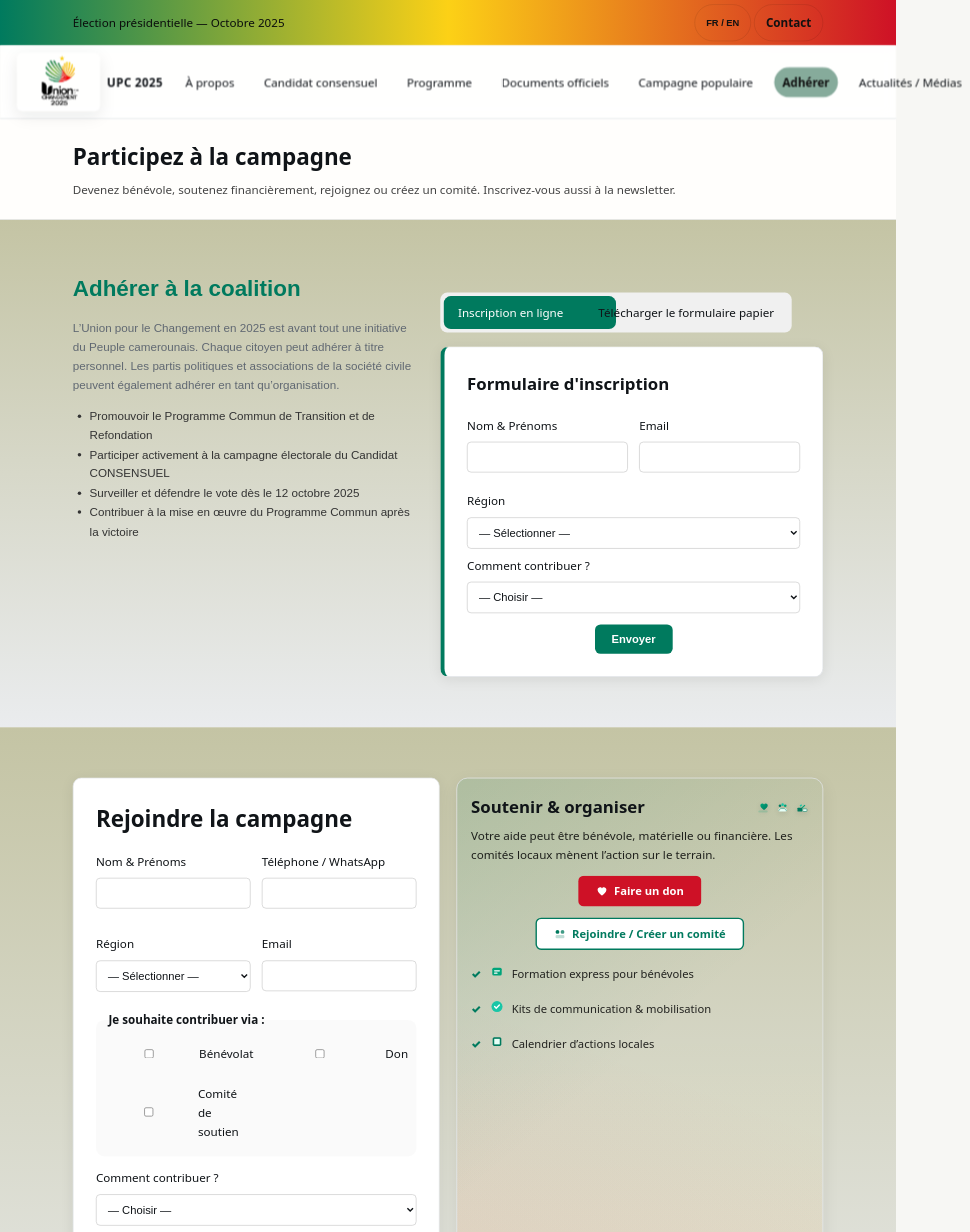
Repository: Kishny/upc2025
Page: adherer.html
The author's editor kept a copy of each file at every save. The page is drawn from the files as they stood at one save, then again after the next save.
The browser window is 1280 px wide. The page is 1386 px wide, so the pictures cover 1386 px, including what lies to the right of the window. The pictures show the part of the page from y = 0 to 1760 px (the page is 3215 px tall), at 70% of full size.

Above is the page before, as saved 2025-09-14 13:22:12.
Console error: TypeError: Cannot set properties of undefined (setting 'ready')

After the next save:
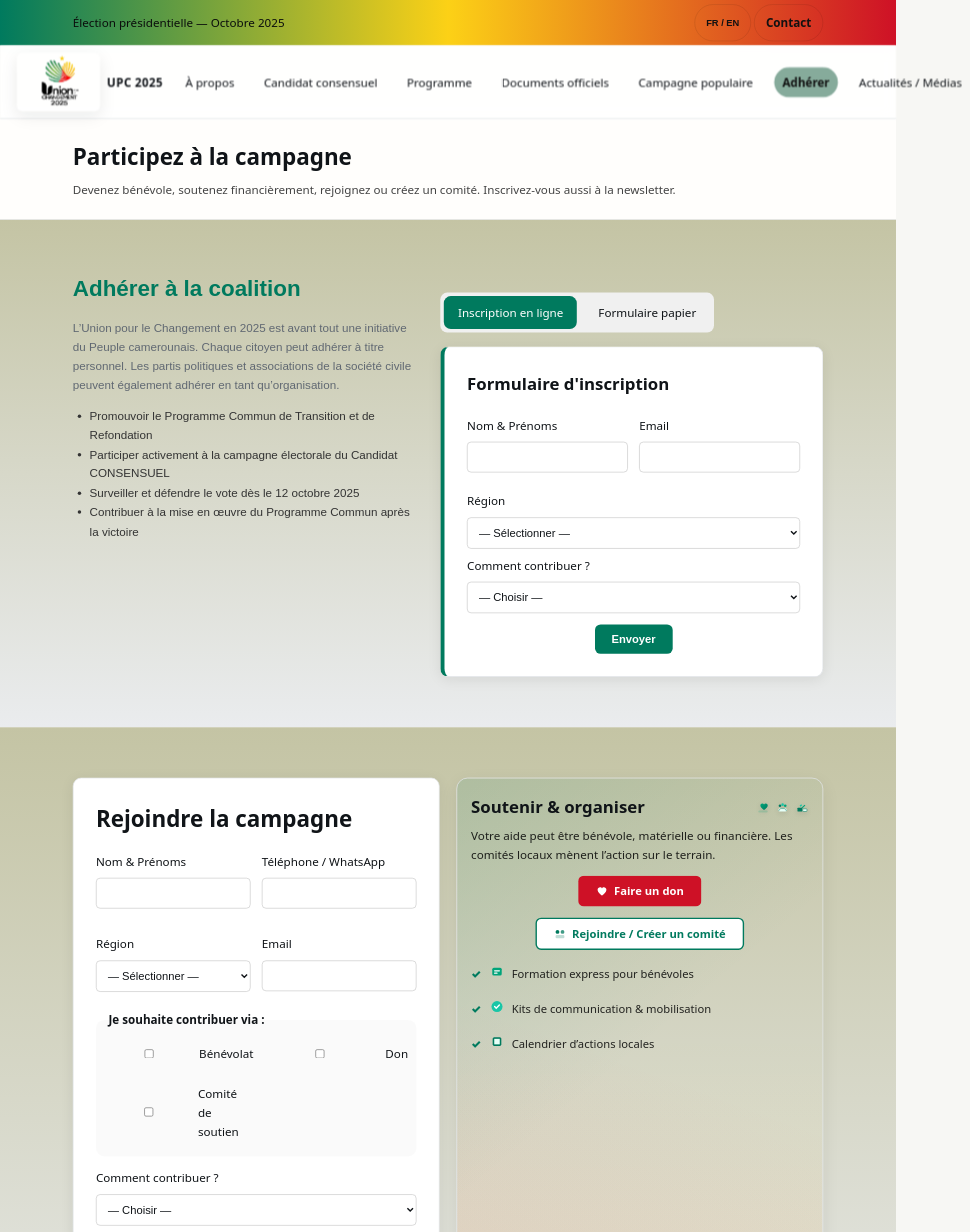
Saved 28 s later.
--- a/adherer.html
+++ b/adherer.html
@@ -124,9 +124,7 @@
             >
 
             <input type="radio" name="mode" id="mode-paper" value="paper" />
-            <label for="mode-paper" class="toggle-btn"
-              >Télécharger le formulaire papier</label
-            >
+            <label for="mode-paper" class="toggle-btn">Formulaire papier</label>
 
             <div class="toggle-slider"></div>
           </div>
